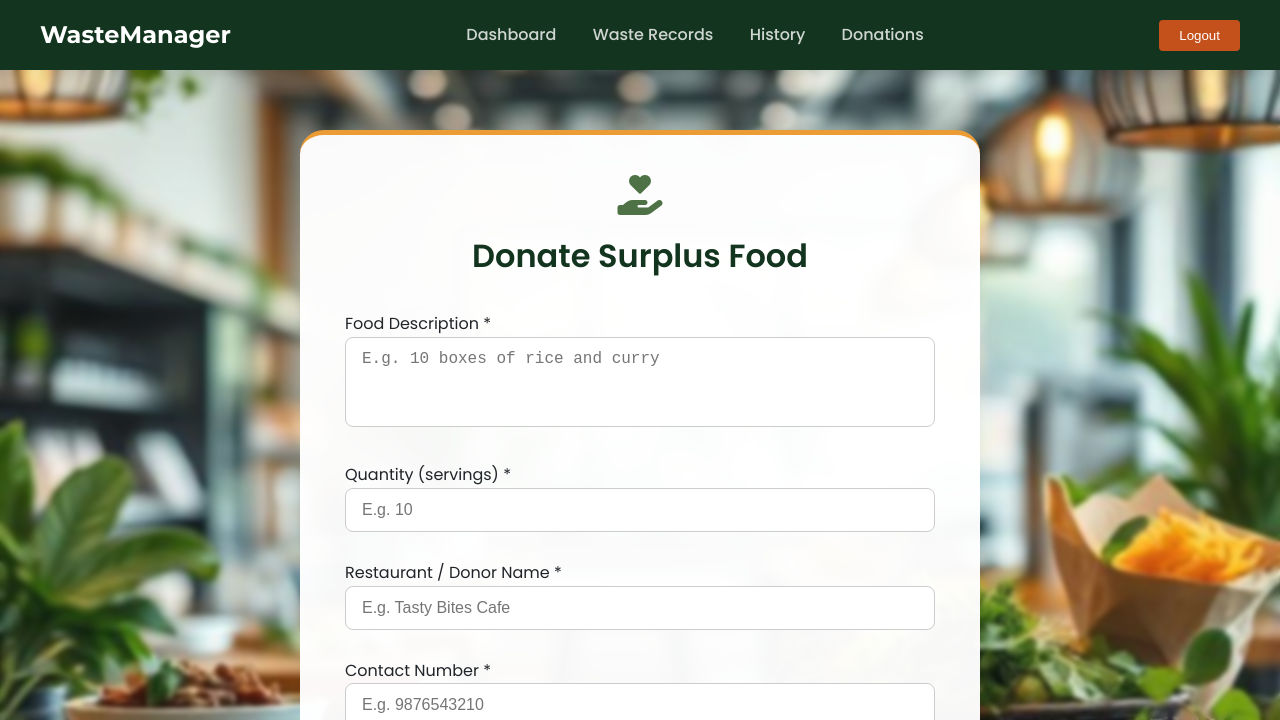
Repository: mahekagrawal25/restaurant-waste-management
Page: frontend/donations.html
These files come from the project's save history. The page is drawn as it stood at one moment and after the next save; the edit follows.
The browser window is 1280 px wide. The pictures show the whole page.
An inner scrolling area shows only its first screen.

Above is the page before, as saved 2025-04-26 13:01:31.
Console error: TypeError: Cannot read properties of null (reading 'getElementsByTagName')

After the next save:
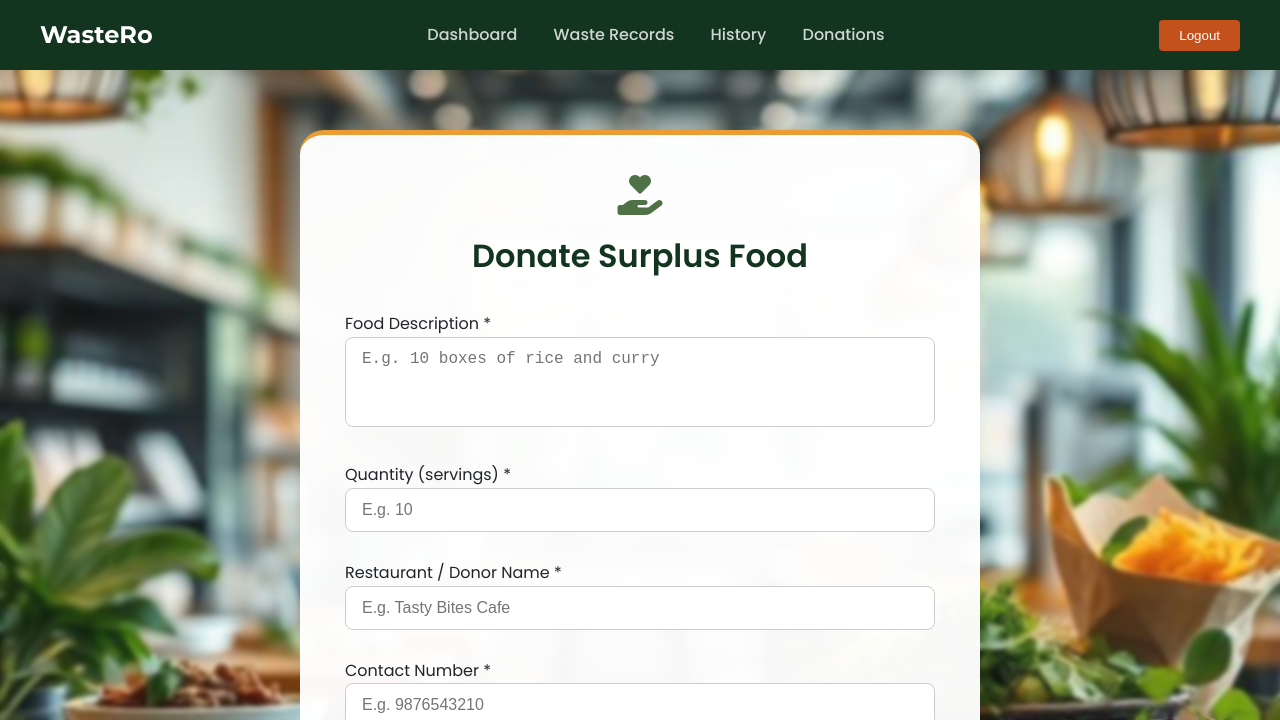
Saved 7 s later.
--- a/frontend/donations.html
+++ b/frontend/donations.html
@@ -3,7 +3,7 @@
 <head>
   <meta charset="UTF-8" />
   <meta name="viewport" content="width=device-width, initial-scale=1.0" />
-  <title>Donate Food | WasteManager</title>
+  <title>Donate Food | WasteRo</title>
   <link rel="stylesheet" href="ngostyle.css" />
   <link
     rel="stylesheet"
@@ -129,7 +129,7 @@
 <body>
   <header class="navbar">
     <div class="nav-container">
-      <div class="logo">WasteManager</div>
+      <div class="logo">WasteRo</div>
       <nav>
         <a href="restaurant_dashboard.html">Dashboard</a>
         <a href="waste-records.html">Waste Records</a>
@@ -178,7 +178,7 @@
   </div>
 
   <footer class="footer">
-    <p>&copy; 2025 WasteManager | All rights reserved</p>
+    <p>&copy; 2025 WasteRo | All rights reserved</p>
   </footer>
 
   <script src="script.js"></script>
